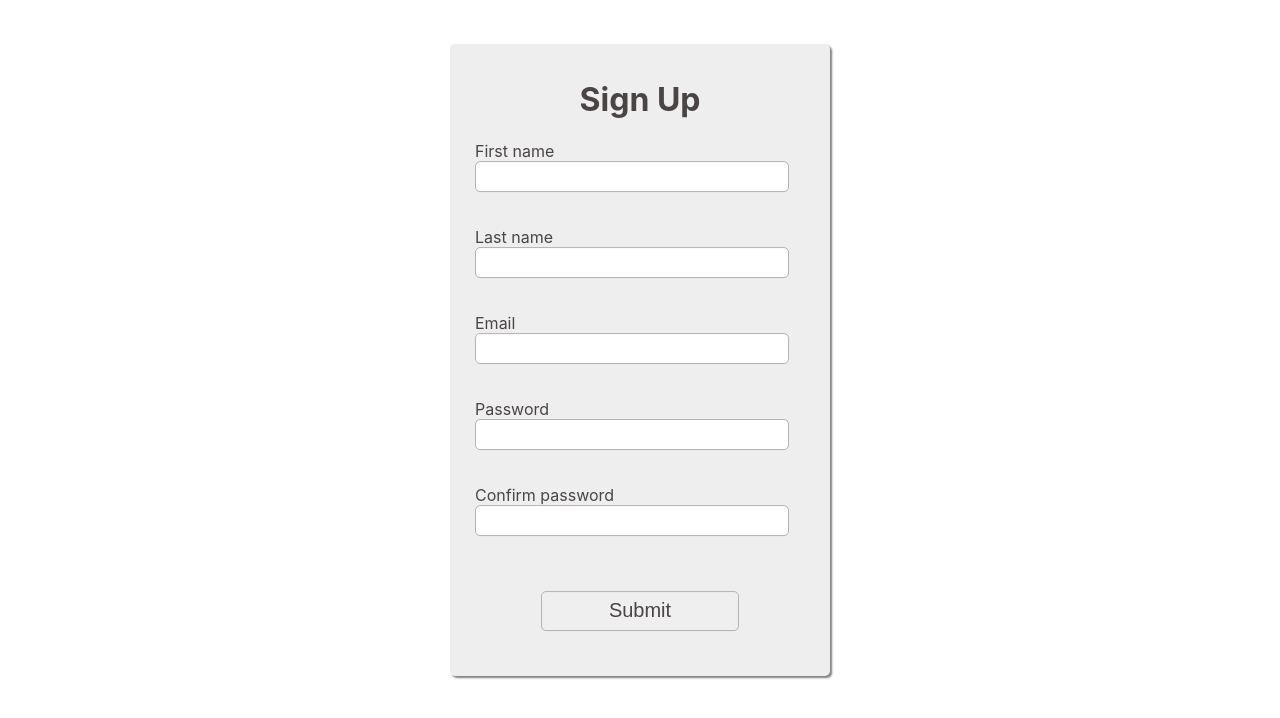
Repository: khamraeva/JSP-homework1-sighup
Page: /
The author's editor kept a copy of each file at every save. The page is drawn from the files as they stood at one save, then again after the next save.
The browser window is 1280 px wide. The pictures show the whole page.
The project was rebuilt for these pictures with package versions that can differ from the ones it lists, and the page was loaded fresh each time.

Above is the page before, as saved 2020-07-23 11:58:55.

After the next save:
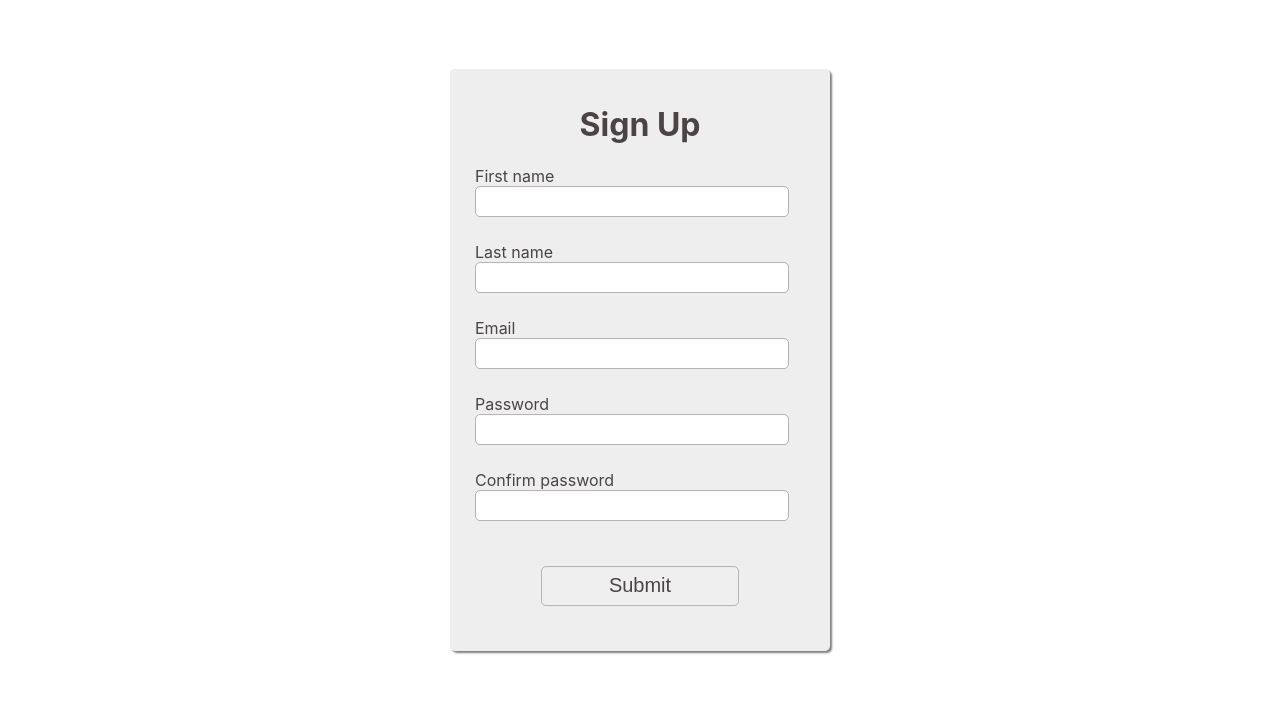
Saved 5 s later.
--- a/src/Components/Input/Input.css
+++ b/src/Components/Input/Input.css
@@ -16,7 +16,7 @@ label {
 
 .error-container {
     position: relative;
-    height: 30px;
+    height: 20px;
 }
 
 .error-container span {
